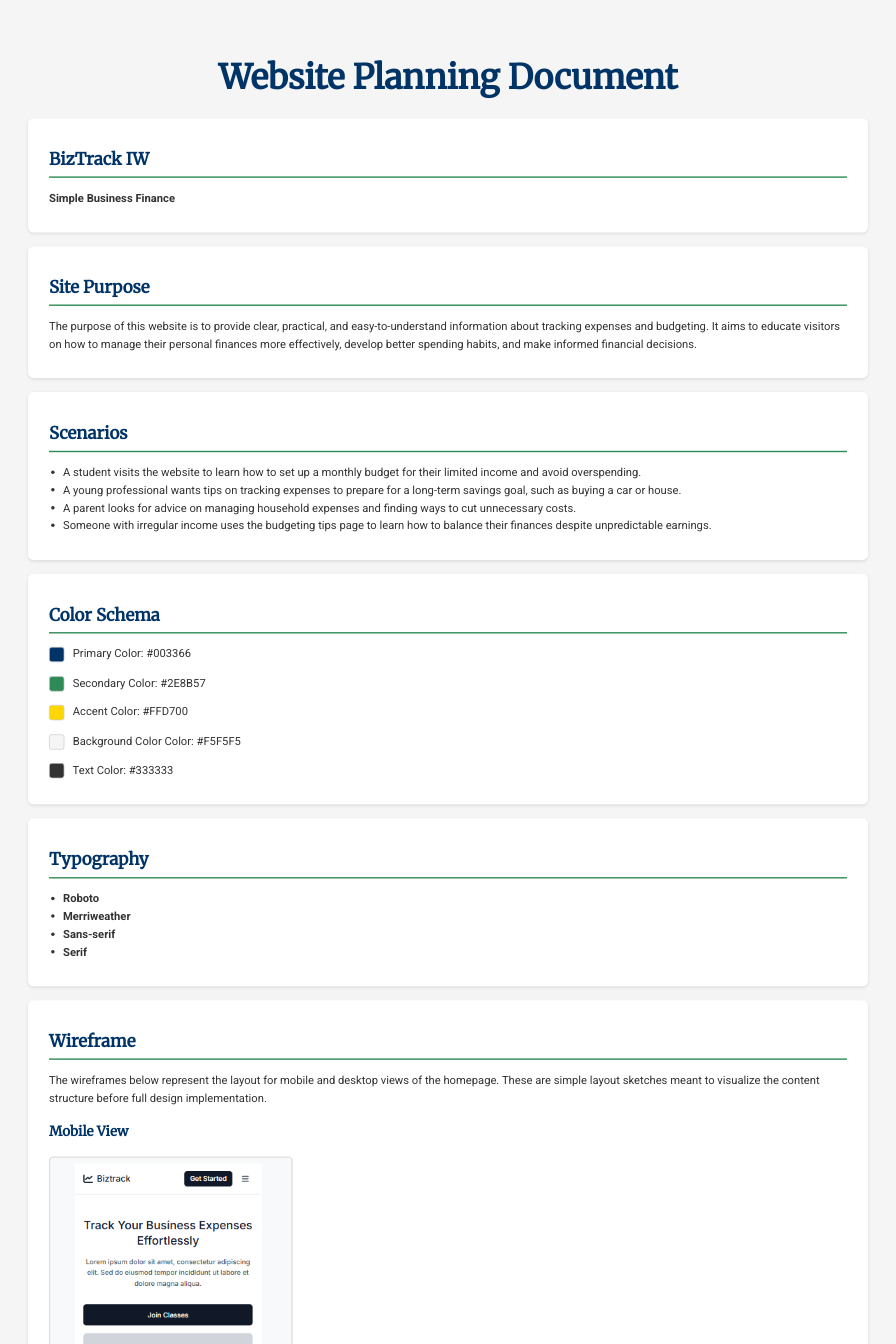
Repository: JoyUdoh106/wdd131
Page: project/siteplan.html
The author's editor kept a copy of each file at every save. The page is drawn from the files as they stood at one save, then again after a run of saves.
The browser window is 1280 px wide. The pictures show the part of the page from y = 0 to 1920 px (the page is 3198 px tall before and 3080 px after), at 70% of full size.

Above is the page before, as saved 2025-08-09 19:07:45.

### project/siteplan.html
<!DOCTYPE html>
<html lang="en">
    <head>
        <meta charset="UTF-8" />
        <meta name="viewport" content="width=device-width, initial-scale=1.0" />
        <title>Website Planning Document</title>
        <meta name="author" content="Joy Paulinus Udoh">
        <meta name="description" content="Website Planning Document Page">
        <link rel="stylesheet" href="styles/styles.css" />

        <link rel="preconnect" href="https://fonts.googleapis.com">
        <link rel="preconnect" href="https://fonts.gstatic.com" crossorigin>
        <link href="https://fonts.googleapis.com/css2?family=Merriweather:wght@300;400&family=Roboto:ital,wght@0,100..900;1,100..900&display=swap" rel="stylesheet">
    </head>
    <body>
        <h1>Website Planning Document</h1>

        <div class="section">
            <h2>BizTrack IW</h2>
            <p><strong>Simple Business Finance</strong></p>
        </div>

        <div class="section">
            <h2>Site Purpose</h2>
            <p>The purpose of this website is to provide clear, practical, and easy-to-understand information about tracking expenses and budgeting. It aims to educate visitors on how to manage their personal finances more effectively, develop better spending habits, and make informed financial decisions.</p>
        </div>

        <div class="section">
            <h2>Scenarios</h2>
            <ul>
            <li>A student visits the website to learn how to set up a monthly budget for their limited income and avoid overspending.</li>
            <li>A young professional wants tips on tracking expenses to prepare for a long-term savings goal, such as buying a car or house.</li>
            <li>A parent looks for advice on managing household expenses and finding ways to cut unnecessary costs.</li>
            <li>Someone with irregular income uses the budgeting tips page to learn how to balance their finances despite unpredictable earnings.</li>
            </ul>
        </div>

        <div class="section">
            <h2>Color Schema</h2>
            <p><span class="color-box" style="background-color:#003366;"></span> Primary Color: #003366 </p>
            <p><span class="color-box" style="background-color:#2E8B57;"></span> Secondary Color: #2E8B57 </p>
            <p><span class="color-box" style="background-color: #FFD700;"></span> Accent Color: #FFD700</p>
            <p><span class="color-box" style="background-color: #F5F5F5;"></span> Background Color Color: #F5F5F5</p>
            <p><span class="color-box" style="background-color: #333333;"></span> Text Color: #333333</p>
        </div>

        <div class="section">
            <h2>Typography</h2>
            <ul>
            <li><strong>Roboto</strong></li>
            <li><strong>Merriweather</strong></li>
            <li><strong>Sans-serif</strong></li>
            <li><strong>Serif</strong></li>
            </ul>
        </div>

        <div class="section">
            <h2>Wireframe</h2>
            <p>The wireframes below represent the layout for mobile and desktop views of the homepage. These are simple layout sketches meant to visualize the content structure before full design implementation.</p>
            <div class="wireframe">
                <h3>Mobile View</h3>
                <img src="images/mobie-view.png" alt="Mobile wireframe of homepage" class="wireframe-img" />

                <h3>Desktop View</h3>
                <img src="images/desktop_view.png" alt="Desktop wireframe of homepage" class="wireframe-img" />
            </div>
        </div>
    </body>
</html>

### project/styles/styles.css
body {
    font-family: 'Roboto', sans-serif;
    background-color: #F5F5F5;
    color: #333333;
    margin: 0;
    padding: 20px;
    line-height: 1.6;
}

h1, h2, h3 {
    font-family: 'Merriweather', serif;
    color: #003366;
    margin-bottom: 10px;
}

h1 {
    text-align: center;
    font-size: 2.5rem;
    margin-bottom: 20px;
}

h2 {
    border-bottom: 2px solid #2E8B57;
    padding-bottom: 5px;
    font-size: 1.5rem;
}

h3 {
    font-size: 1.2rem;
    margin-top: 20px;
}

.section {
    background-color: #ffffff;
    padding: 15px 20px;
    margin-bottom: 20px;
    border-radius: 8px;
    box-shadow: 0 2px 5px rgba(0,0,0,0.1);
}

.color-box {
    display: inline-block;
    width: 20px;
    height: 20px;
    vertical-align: middle;
    margin-right: 8px;
    border-radius: 4px;
    border: 1px solid #ccc;
}

.section ul {
    padding-left: 20px;
}

.wireframe-img {
    max-width: 100%;
    height: auto;
    border: 2px solid #ddd;
    border-radius: 6px;
    margin-top: 10px;
}



@media (min-width: 768px) {
    body {
        padding: 40px;
    }

    .section {
        padding: 20px 30px;
    }

    h1 {
        font-size: 3rem;
    }
}

After the next 2 saves:
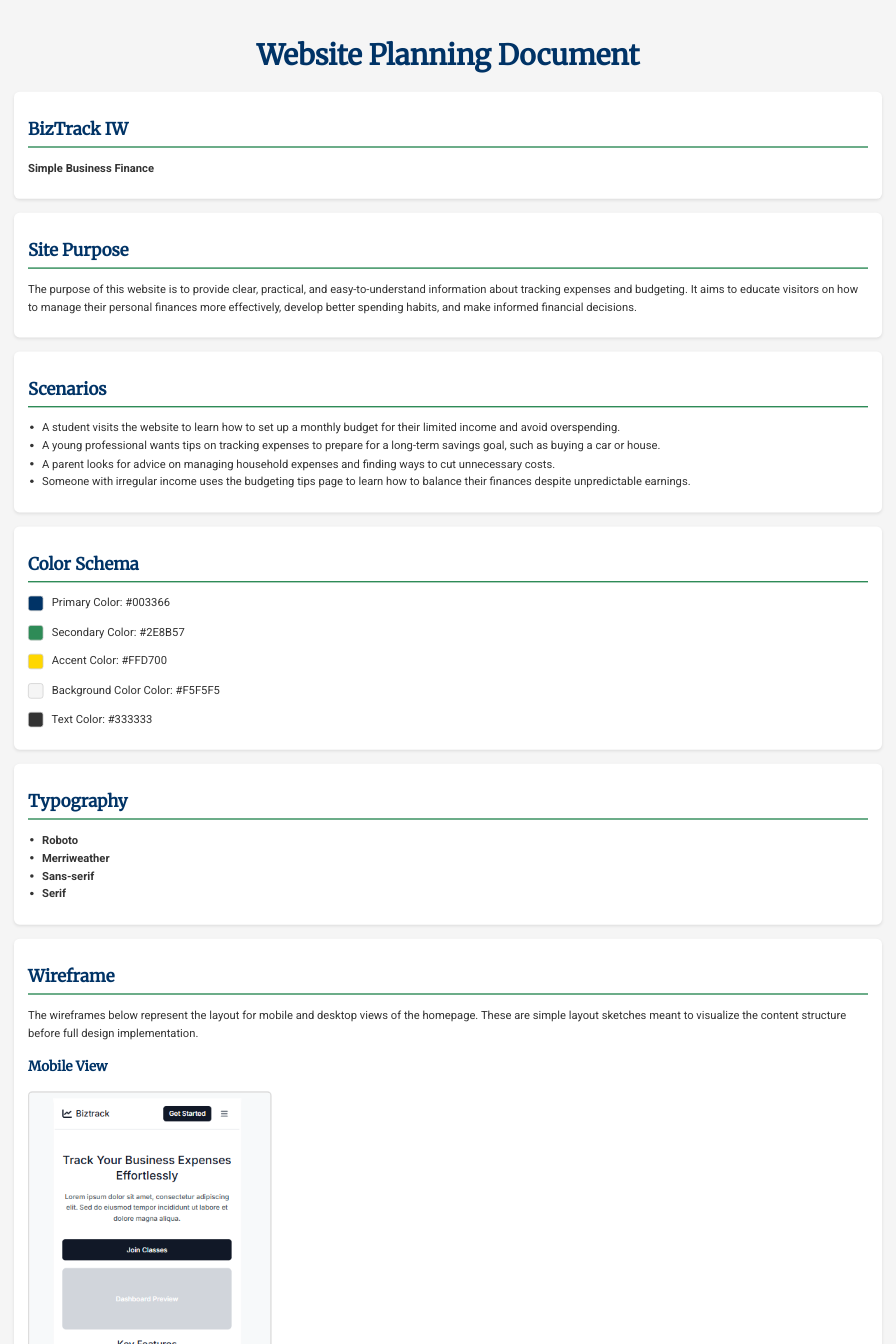
The 2 saves are shown as one change because they came seconds apart.
The last was saved 9 s later.
--- a/project/styles/styles.css
+++ b/project/styles/styles.css
@@ -60,7 +60,7 @@
     margin-top: 10px;
 }
 
-
+.wireframe
 
 @media (min-width: 768px) {
     body {

After the save that followed:
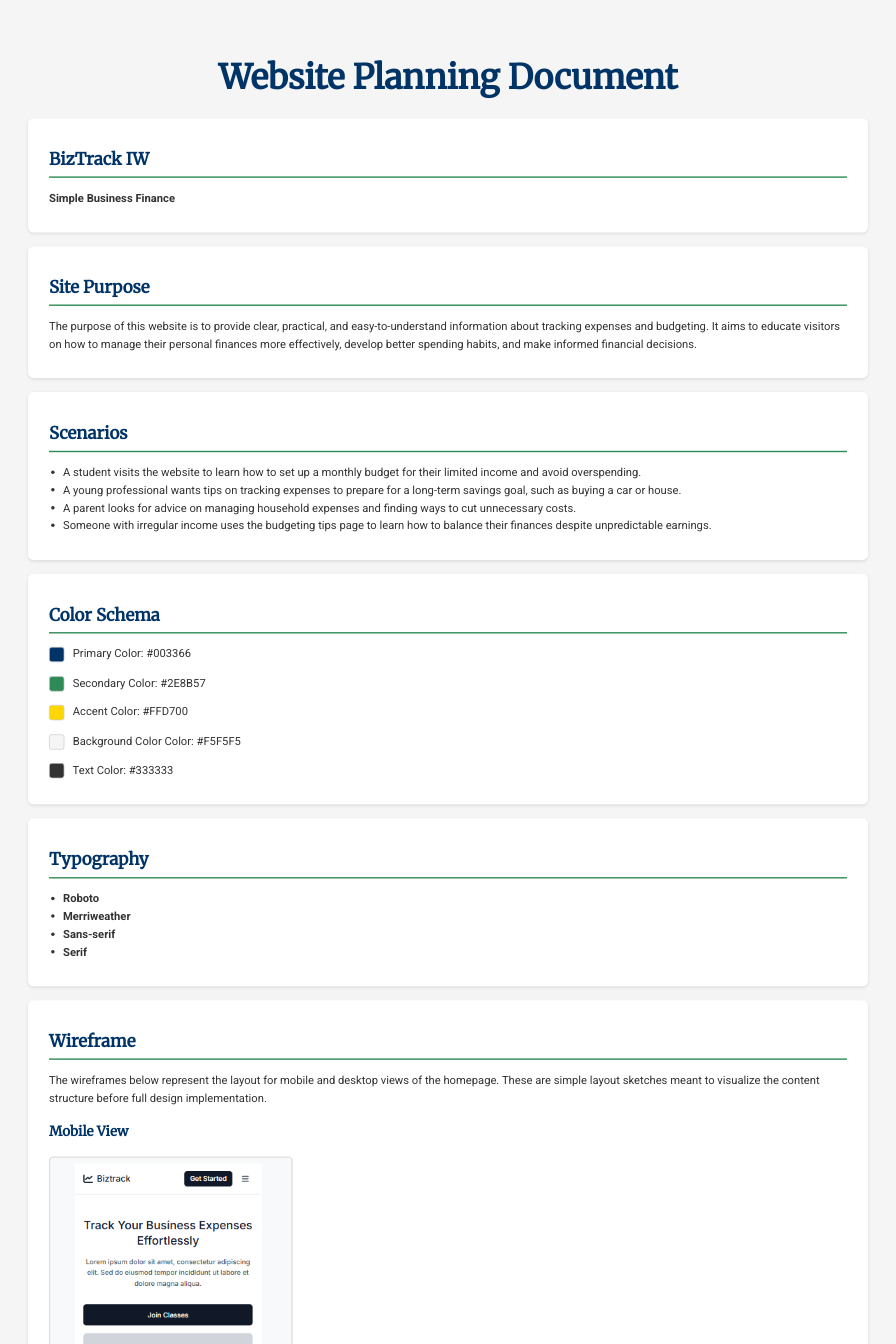
Saved 4 s later.
--- a/project/styles/styles.css
+++ b/project/styles/styles.css
@@ -60,7 +60,9 @@
     margin-top: 10px;
 }
 
-.wireframe
+.wireframe {
+
+}
 
 @media (min-width: 768px) {
     body {
